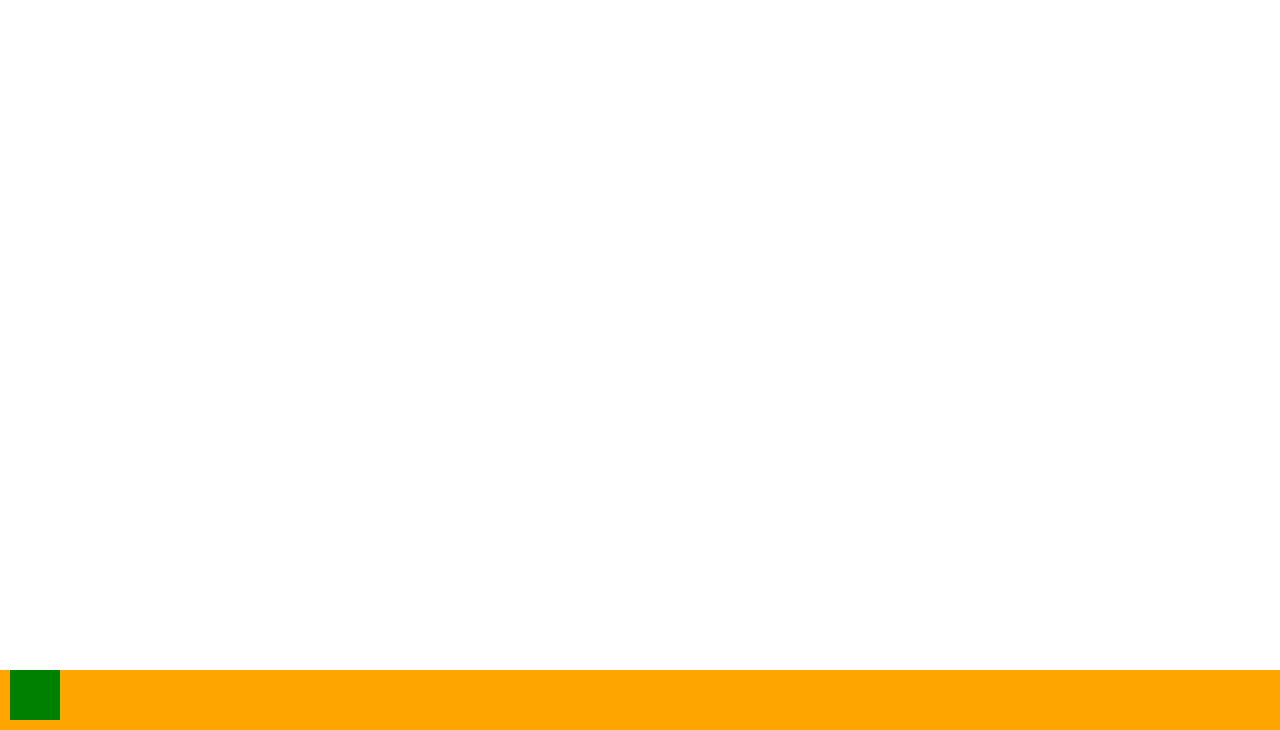
Repository: sk222sw/1dv403-laborationer
Page: 5-pwd/index.html
The author's editor kept a record of every edit. The page is drawn from the files as they stood at one moment, then again after the next edit.
The browser window is 1280 px wide. The pictures show the whole page.
After loading, the first visible `#iconImageViewer` was clicked once.

Above is the page before.
Console error: TypeError: name.openWindow is not a function

### 5-pwd/index.html
<!DOCTYPE html>
<html lang="sv">
    <head>
        <meta charset="utf-8">
        <link rel="stylesheet" href="style/reset.css" type="text/css" />
        <link rel="stylesheet" href="style/style.css" type="text/css" />
        <link rel="stylesheet" href="style/window.css" type="text/css" />
        <title>Desktop</title>
    </head>

    <body>
        <main id="main">


        </main>

        <footer>
            <div id="iconImageViewer" class="menuIcon"></div>
        </footer>

        <script type="text/javascript" src="script/Window.js"></script>
        <script type="text/javascript" src="script/ImageViewer.js"></script>
        <script type="text/javascript" src="script/Desktop.js"></script>

        <script type="text/javascript" src="script/main.js"></script>
    </body>
</html>

### 5-pwd/style/style.css
html, body {
  height: 100%;
}

main {
  min-height: 100%;
  /* equal to footer height */
  margin-bottom: -60px;
}

main:after {
  content: "";
  display: block;
}

footer, main:after {
  height: 60px;
}

footer {
  background: orange;
}

#iconImageViewer {

}

.menuIcon {
    height: 50px;
    width: 50px;

    margin: 10px;

    background-color: green;
}

.newWindow {
    height: 370px;
    width: 280px;



    border: solid black 1px;

}

### 5-pwd/style/window.css

/*Window styling------------------------*/

.windowTopBar {
    position: relative;
    display: block;
    width: 100%;
    height: 20px;

    background-color: black;
}

.windowContent {
  position: relative;
  display: block;
  width: 100%;
  height: 330px;

  background-color: red;
}

.windowStatusBar {
  position: relative;
  display: block;
  width: 100%;
  height: 20px;

  background-color: orange;
}

.windowClose {
  height: 15px;
  width: 15px;
  background-color: red;
  float: right;
}

### 5-pwd/script/Window.js
"use strict";

var Window = function() {};

Window.prototype.counter = 1;

Window.prototype.openWindow = function(name){
    var main = document.getElementById("main");

    // var menu = document.createElement("div");
    var content = document.createElement("div");
    var topBar = document.createElement("div");
    var statusBar = document.createElement("div");
    var frame = document.createElement("div");
    var closeButton = document.createElement("div");


    frame.id = "frame";
    closeButton.classList.add("windowClose");
    frame.classList.add("newWindow");
    content.classList.add("windowContent");
    topBar.classList.add("windowTopBar");
    statusBar.classList.add("windowStatusBar");

    closeButton.addEventListener("click", Window.prototype.closeWindow, false);
    statusBar.innerHTML = Window.prototype.counter;

    frame.appendChild(topBar);
    frame.appendChild(content);
    frame.appendChild(statusBar);
    topBar.appendChild(closeButton);
    main.appendChild(frame);
    Window.prototype.counter += 1;
    console.log("WIndow created!!!!!!");
};

Window.prototype.closeWindow = function(){
    var main = document.getElementById("main");
    var frame = document.getElementById("frame");
    main.removeChild(frame);
    console.log("closed");
    return false;
};

### 5-pwd/script/ImageViewer.js
"use strict";

// http://homepage.lnu.se/staff/tstjo/labbyServer/imgviewer/

var ImageViewer = function(){};
    ImageViewer.prototype.pictures = [];
    ImageViewer.prototype.thumbnails = [];

    ImageViewer.prototype.xhrRequest = function(){
        var xhr = new XMLHttpRequest();
            xhr.onreadystatechange = function(){

                if (xhr.readyState === 4) {
                    if (xhr.status >= 200 &&
                        xhr. status <= 300 ||
                        xhr.status === 304) {
                        console.log("xhr klar");
                        var JSONreturn = JSON.parse(xhr.responseText);

                        return JSONreturn;

                    } else {
                        console.log("felkod: " + xhr.status);
                    }
                }
            };
            xhr.open("GET", "http://homepage.lnu.se/staff/tstjo/labbyServer/imgviewer/", true);
            xhr.send(null);
    };

    ImageViewer.prototype.returnPusher = function(JSONreturn){

        var windowContent = document.getElementById("windowContent");

            var img = document.createElement("img");

            var ett = JSONreturn[1].thumbURL;
            img.setAttribute("src", ett);
            console.log(ett);

            windowContent.appendChild(img);

        // for (var i = 0; i < 4/*JSONreturn.length*/; i++) {
        //     main.appendChild(JSONreturn[i].thumbURL);
        // }
    }

    ImageViewer.prototype.getThumbNails = function(JSONreturn){
            for (var i = 0; i < JSONreturn.length; i++) {
                ImageViewer.prototype.thumbnails.push(JSONreturn[i].thumbURL);

            }
    };

    ImageViewer.prototype.getPictures = function(){

    };

### 5-pwd/script/Desktop.js
"use strict";

var Desktop = {

    windowCounter: 0,

    init: function(){
    var iconImageViewer = document.getElementById("iconImageViewer");
        iconImageViewer.addEventListener("click", Desktop.createWindowObject);
    },

    createWindowObject: function(){
        var name = "window"+Desktop.windowCounter;
        console.log(name);
        name = new ImageViewer();
        Desktop.windowCounter += 1;
        name.openWindow();
        console.log(Desktop.windowCounter);
        return false;
    }
};

### 5-pwd/script/main.js
"use strict";


window.onload = function(){
    Desktop.init();
};

Loaded but not shown: 5-pwd/style/reset.css (common file)

After the next edit:
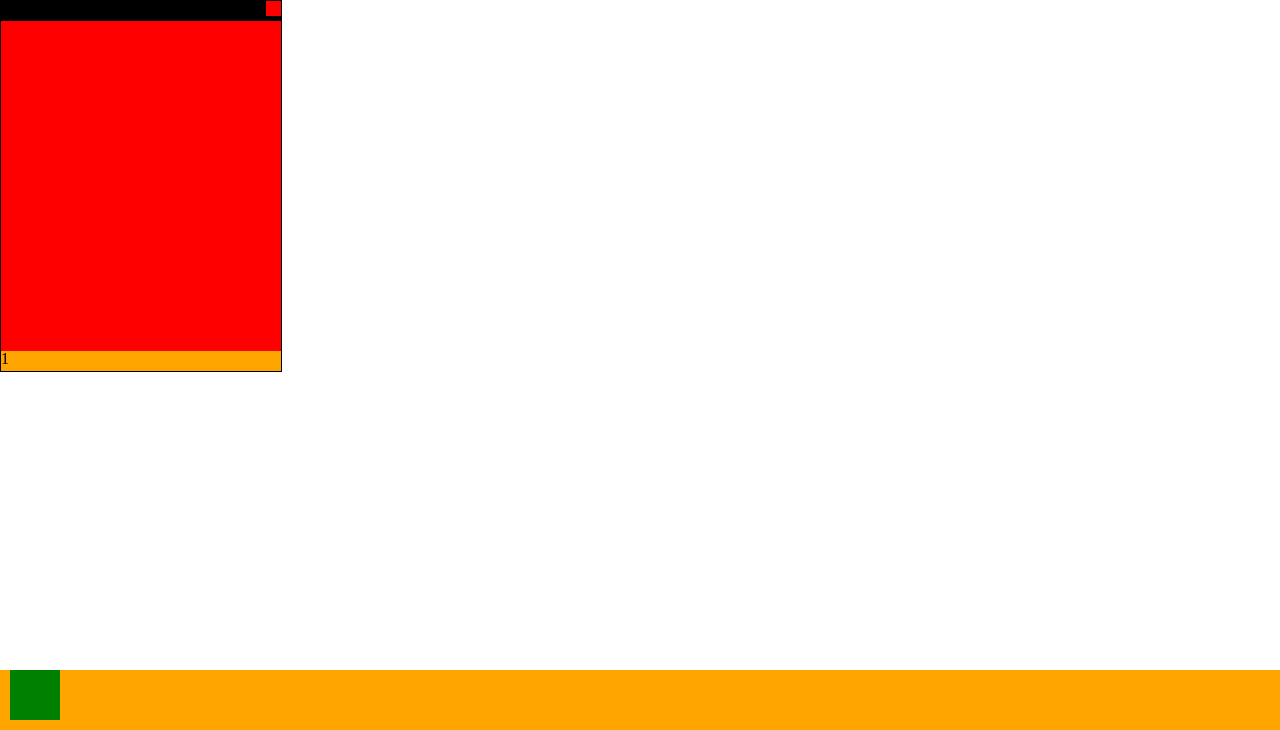
The error is gone.
The edit:
--- a/5-pwd/script/ImageViewer.js
+++ b/5-pwd/script/ImageViewer.js
@@ -52,6 +52,10 @@
             }
     };
 
+    ImageViewer.prototype.openWindow = function(){
+        Window.prototype.openWindow.call(this);
+    };
+
     ImageViewer.prototype.getPictures = function(){
 
     };
